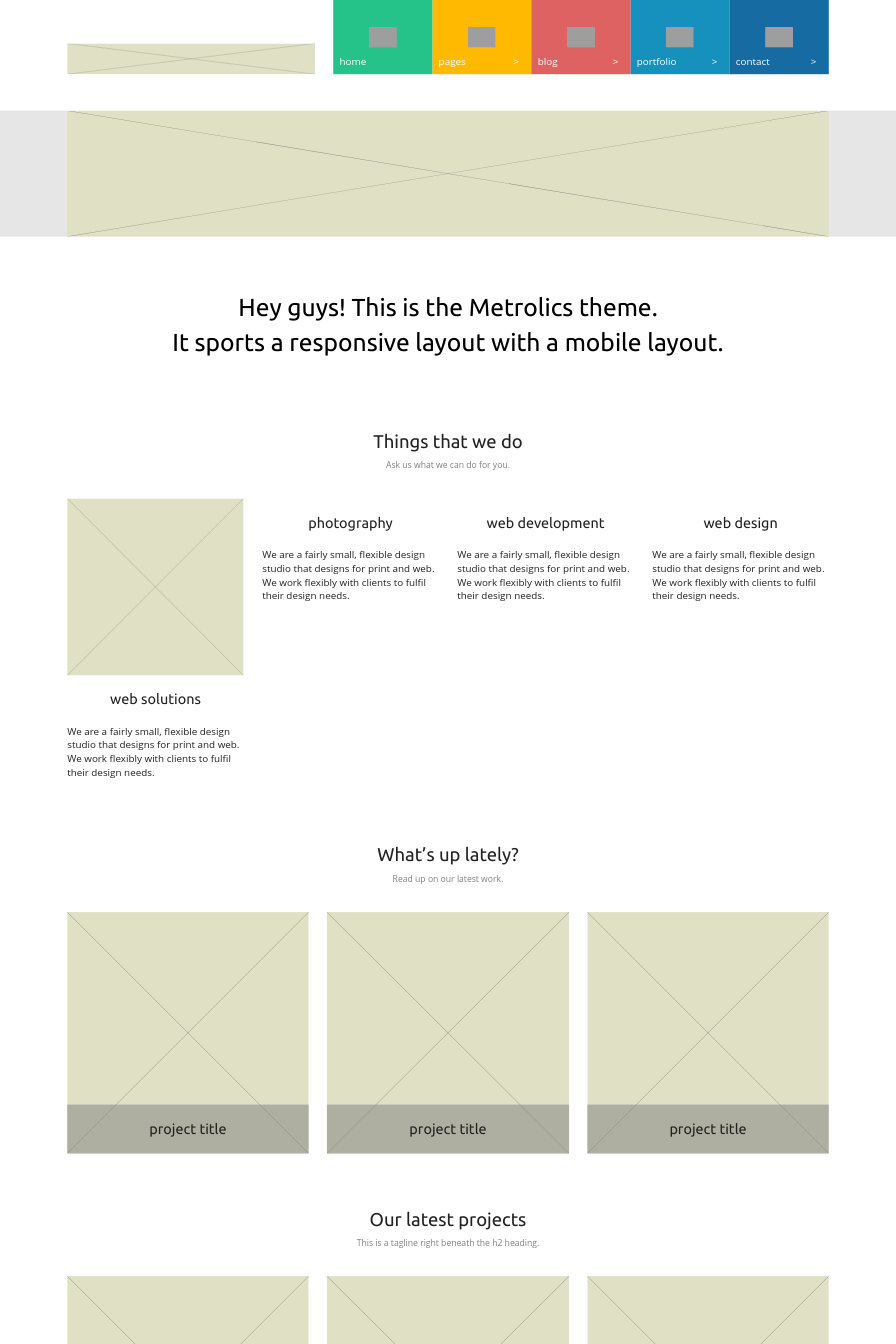
Repository: eilidhma/metrolics
Page: index.html
An editor plug-in stored every save of this project. The page is shown before and after a run of saves, followed by the edit.
The browser window is 1280 px wide. The pictures show the part of the page from y = 0 to 1920 px (the page is 3636 px tall), at 70% of full size.
Pictures or frames that could not be fetched are drawn as grey boxes.

Above is the page before, as saved 2021-02-03 22:23:04.

### index.html
<!doctype html>
<html class="no-js" lang="en">

<head>
  <meta charset="utf-8">
  <title>Metrolics</title>
  <meta name="description" content="">
  <meta name="viewport" content="width=device-width, initial-scale=1">

  <meta property="og:title" content="">
  <meta property="og:type" content="">
  <meta property="og:url" content="">
  <meta property="og:image" content="">

  <link rel="manifest" href="site.webmanifest">
  <link rel="apple-touch-icon" href="icon.png">
  <link rel="preconnect" href="https://fonts.gstatic.com">
  <link href="https://fonts.googleapis.com/css2?family=Ubuntu&display=swap" rel="stylesheet">
  <link rel="stylesheet" href="css/normalize.css">
  <link rel="stylesheet" href="css/main.css">

  <meta name="theme-color" content="#fafafa">
</head>

<body class="page page-home">
  <header class="page__header">
    <div class="row m-1-2">
      <nav class="mobile-nav m-hide l-hide">
        Metrolics
      </nav>
      <div class="column">
        <img class="logo" src="img/placeholder.svg" alt="slider placeholder">
      </div>
      <nav class="column main-nav">
        <a href="#" class="main-nav__item active">home</a>
        <a href="#" class="main-nav__item">pages</a>
        <a href="#" class="main-nav__item">blog</a>
        <a href="#" class="main-nav__item">portfolio</a>
        <a href="#" class="main-nav__item">contact</a>
      </nav>
    </div>
  </header>


  <div class="page__slider s-hide">
    <div class="row">
      <div class="column">
        <img src="img/placeholder.svg" alt="slider placeholder">
      </div>
    </div>
  </div>

  <div class="page__intro">
    <div class="row">
      <h1 class="heading">
        Hey guys! This is the Metrolics theme. <br> It sports a responsive layout with a mobile layout.
      </h1>
    </div>
  </div>

  <section class="about">
    <div class="row m-col-2 l-col-4">
      <div class="column row-span">
        <h2 class="heading">
          Things that we do
        </h2>
        <p class="tagline">
          Ask us what we can do for you.
        </p>
      </div>
      <div class="column">
        <img src="../img/placeholder.svg" alt="placeholder">
        <h3 class="heading">web solutions</h3>
        <p>
          We are a fairly small, flexible design studio that designs for print and web. We work flexibly with clients to fulfil their design needs.
        </p>
      </div>
      <div class="column">
        <h3 class="heading">photography</h3>
        <p>
          We are a fairly small, flexible design studio that designs for print and web. We work flexibly with clients to fulfil their design needs.
        </p>
      </div>
      <div class="column">
        <h3 class="heading">web development</h3>
        <p>
          We are a fairly small, flexible design studio that designs for print and web. We work flexibly with clients to fulfil their design needs.
        </p>
      </div>
      <div class="column">
        <h3 class="heading">web design</h3>
        <p>
          We are a fairly small, flexible design studio that designs for print and web. We work flexibly with clients to fulfil their design needs.
        </p>
      </div>
    </div>
  </section>

  <section class="projects--new">
    <div class="row m-col-2 l-col-3">
      <div class="column row-span">
        <h2 class="heading">
          What’s up lately?
        </h2>
        <p class="tagline">
            Read up on our latest work.
        </p>
      </div>
      <div class="column special-project">
        <figure class="project">
          <img src="img/placeholder.svg" alt="placeholder">
          <figcaption class="project__caption">
            <h3 class="heading">project title</h3>
          </figcaption>
        </figure>
      </div>
      <!-- proj col ends here -->
      <div class="column">
        <figure class="project">
          <img src="img/placeholder.svg" alt="placeholder">
          <figcaption class="project__caption">
            <h3 class="heading">project title</h3>
          </figcaption>
        </figure>
      </div>
      <!-- proj col ends here -->
      <div class="column">
        <figure class="project">
          <img src="img/placeholder.svg" alt="placeholder">
          <figcaption class="project__caption">
            <h3 class="heading">project title</h3>
          </figcaption>
        </figure>
      </div>
      <!-- proj col ends here -->
    </div>
  </section>
  <!-- projects-new ends here -->

  <section class="projects">
    <div class="row m-col-2 l-col-3">
      <div class="column row-span">
        <h2 class="heading">
          Our latest projects
        </h2>
        <p class="tagline">
          This is a tagline right beneath the h2 heading.
        </p>
      </div>
      <div class="column">
        <figure class="project">
          <img src="img/placeholder.svg" alt="placeholder">
          <figcaption class="project__caption">
            <h3 class="heading">project title</h3>
          </figcaption>
        </figure>
      </div>
      <!-- proj col ends here -->
      <div class="column">
        <figure class="project">
          <img src="img/placeholder.svg" alt="placeholder">
          <figcaption class="project__caption">
            <h3 class="heading">project title</h3>
          </figcaption>
        </figure>
      </div>
      <!-- proj col ends here -->
      <div class="column">
        <figure class="project">
          <img src="img/placeholder.svg" alt="placeholder">
          <figcaption class="project__caption">
            <h3 class="heading">project title</h3>
          </figcaption>
        </figure>
      </div>
      <!-- proj col ends here -->
      <div class="column">
        <figure class="project">
          <img src="img/placeholder.svg" alt="placeholder">
          <figcaption class="project__caption">
            <h3 class="heading">project title</h3>
          </figcaption>
        </figure>
      </div>
      <!-- proj col ends here -->
      <div class="column">
        <figure class="project">
          <img src="img/placeholder.svg" alt="placeholder">
          <figcaption class="project__caption">
            <h3 class="heading">project title</h3>
          </figcaption>
        </figure>
      </div>
      <!-- proj col ends here -->
      <div class="column">
        <figure class="project">
          <img src="img/placeholder.svg" alt="placeholder">
          <figcaption class="project__caption">
            <h3 class="heading">project title</h3>
          </figcaption>
        </figure>
      </div>
      <!-- proj col ends here -->
    </div>
  </section>
  <!-- projects-new ends here -->

  <section class="thingsofabove">
    <div class="row l-col-2">
      <div class="column row-span">
        <h2 class="heading">
          Thingsofabove
        </h2>
        <p class="tagline">
          Misc stuff we could not put anywhere else
        </p>
      </div>
      <div class="column">
        <p>Accordion menu here</p>
      </div>
      <div class="column">
        <p>Accordion menu here</p>
      </div>
    </div>
  </section>

  <div class="sponsors">
  <div class="row m-col-5">
    <div class="column">
        <img src="img/placeholder.svg" alt="placeholder">
    </div>
    <div class="column">
        <img src="img/placeholder.svg" alt="placeholder">
    </div>
    <div class="column">
        <img src="img/placeholder.svg" alt="placeholder">
    </div>
    <div class="column">
        <img src="img/placeholder.svg" alt="placeholder">
    </div>
    <div class="column">
        <img src="img/placeholder.svg" alt="placeholder">
    </div>
  </div>
  </div>

  <footer class="page__footer">
  <div class="row m-col-2 l-col-4 row-no-margin">
    <div class="page__footer__intro column row-span">
        <h3 class="heading inverted">
            Pewee Herman
        </h3>
        <p class="inverted">
            Peewee has over 10 years experience in the industry. He is our Creative Director, digital designer, web designer and front-end developer. He is also pretty good with a sketchbook. Before starting the company Peewee worked as a designer and studio manager
            for a design house who boasted a number of big name clients.
        </p>>

    </div>
    <div class="column about-us s-hide">
        <h4 class="inverted">About Us</h4>
        <p class="inverted">
            Minions ipsum potatoooo potatoooo uuuhhh. Chasy poulet tikka masala jiji wiiiii hahaha po kass tulaliloo potatoooo. Bee do bee do bee do chasy ti aamoo! Po kass daa bee do bee do bee do po kass wiiiii butt chasy. Pepete uuuhhh hahaha gelatooo belloo!
            Bananaaaa aaaaaah butt potatoooo hana dul sae butt. Hahaha wiiiii ti aamoo! Ti aamoo! Baboiii jeje. Hahaha gelatooo daa me want bananaaa! Underweaaar potatoooo tank yuuu! Aaaaaah potatoooo poopayee.
        </p>
    </div>
    <div class="column flickr s-hide">
        <h4 class="inverted">Flickr Photos</h4>
        <div class="sub-grid m-col-3">
            <div class="column">
                <img src="img/placeholder.svg" alt="placeholder">
            </div>
            <div class="column">
                <img src="img/placeholder.svg" alt="placeholder">
            </div>
            <div class="column">
                <img src="img/placeholder.svg" alt="placeholder">
            </div>
            <div class="column">
                <img src="img/placeholder.svg" alt="placeholder">
            </div>
            <div class="column">
                <img src="img/placeholder.svg" alt="placeholder">
            </div>
            <div class="column">
                <img src="img/placeholder.svg" alt="placeholder">
            </div>
        </div>
    </div>
    <div class="column soc-msgs">
        <h4 class="inverted">Recent Tweets</h4>
        <ul class="twts">
            <li class="twts__item inverted">
                <span class="twts__item__tag">
                    <a href="#">#minions</a> - ipsum potatoooo potatoooo uuuhhh. Chasy poulet tikka masala jiji wiiiii hahaha po kass tulaliloo
                </span>
            </li>
            <li class="twts__item inverted">
                <span class="twts__item__tag">
                    <a href="#">#minions</a> psum banana potatoooo uuuhhh. Chasy poulet tikka masala jiji wiiiii hahaha  tulaliloo potatoooo.
                </span>
            </li>
        </ul>
    </div>
    <div class="column newsletter s-hide">
        <h4 class="inverted">Newsletter</h4>
        <p class="inverted">
            Minions ipsum potatoooo potatoooo uuuhhh. Chasy poulet tikka masala jiji wiiiii hahaha po kass tulaliloo potatoooo. Bee do bee do bee do chasy ti aamoo! Po kass daa bee do bee do bee do po kass wiiiii butt chasy. Pepete uuuhhh hahaha gelatooo belloo!
            Bananaaaa aaaaaah butt potatoooo hana dul sae butt.</p>
            <input class="email" type="email" placeholder="Enter your Email...">
    </div>
  </div>
  </footer>




  <script src="js/vendor/modernizr-3.11.2.min.js"></script>
  <script src="js/plugins.js"></script>
  <script src="js/main.js"></script>

  <!-- Google Analytics: change UA-XXXXX-Y to be your site's ID. -->
  <script>
    window.ga = function () { ga.q.push(arguments) }; ga.q = []; ga.l = +new Date;
    ga('create', 'UA-XXXXX-Y', 'auto'); ga('set', 'anonymizeIp', true); ga('set', 'transport', 'beacon'); ga('send', 'pageview')
  </script>
  <script src="https://www.google-analytics.com/analytics.js" async></script>

</body>


</html>

### css/main.css
/* ==========================================================================
    [Table of contents]

    1. BASE
        1.1 Page Rendering Defaults
        1.2 User Experience Adjustments
        1.3 Core Styling
    2. LAYOUT
        2.1 Core Layout
        2.2 main nav mobile first
        2.3 Small only
        2.4 medium and up
            2.4.1 medium and up main navigation
        2.5 Medium only
        2.6 large screens and up
        2.7 Large only
        2.4 Core Article
    3. MODULES
        3.1 page-slider
        3.2 project portfolio item
    4. STATES
    5. THEME
        5.1 main nav colours & icons
    6. UTILITIES
    6. PRINT

    ========================================================================== */


/* ==========================================================================
   BASE
   ========================================================================== */


/*        1.1 Page Rendering Defaults
*/

html {
  color: #222;
  font-family: 'Open Sans', Verdana, Geneva, Tahoma, sans-serif;
  font-size: 1.1em;
  line-height: 1.4;
}


/*
* Remove text-shadow in selection highlight:
* https://twitter.com/miketaylr/status/12228805301
*
* Vendor-prefixed and regular ::selection selectors cannot be combined:
* https://stackoverflow.com/a/16982510/7133471
*
* Customize the background color to match your design.
*/

::-moz-selection {
  background: #b3d4fc;
  text-shadow: none;
}

::selection {
  background: #b3d4fc;
  text-shadow: none;
}


/*
* A better looking default horizontal rule
*/

hr {
  display: block;
  height: 1px;
  border: 0;
  border-top: 1px solid #ccc;
  margin: 1em 0;
  padding: 0;
}


/*
* Remove the gap between audio, canvas, iframes,
* images, videos and the bottom of their containers:
* https://github.com/h5bp/html5-boilerplate/issues/440
*/

audio,
canvas,
iframe,
img,
svg,
video {
  vertical-align: middle;
}


/*
* Remove default fieldset styles.
*/

fieldset {
  border: 0;
  margin: 0;
  padding: 0;
}


/*
* Allow only vertical resizing of textareas.
*/

textarea {
  resize: vertical;
}


/* 1.3 Core Styling */

img {
  width: 100%;
}

h1 {
  color: #000;
}

p {
  font-size: 0.8rem;
}


/* ==========================================================================
 LAYOUT
 ========================================================================== */


/*  2.1 Core Layout */

/* div,
section,
footer,
header { */
  /* border: 1px solid #ccc; helper style to view elements while coding */


.row {
  display: grid;
  row-gap: 1rem;
  margin: 0 1rem 3rem 1rem;
}

.row-no-margin {
  margin-bottom: 0 !important;
}

.column {
  position: relative;
  /* background-color: rgb(243, 222, 194); */
  /* margin: 1rem; */
}

.heading {
  font-family: Ubuntu, Verdana, Verdana, Geneva, Tahoma, sans-serif;
  font-weight: 400;
  text-align: center;
}

.tagline {
  margin-top: -0.8rem;
  font-size: 0.7rem;
  text-align: center;
  color: rgb(128, 128, 128);
}

.logo {
  max-height: 2.5rem;
  position: absolute;
  bottom: 0;
}

/* main nav mobile first */
.main-nav {
  display: none;
  flex-direction: column;
  align-items: center;
}

.main-nav__item {
  display: block;
  position: relative;
  width: 100%;
  padding: 1rem 1rem 1rem 100%;
  font-size: 1.3rem;
  text-decoration: none;
  text-align: left;
  color: white;
  line-height: 4rem;
  background-repeat: no-repeat;
  background-position-x: 44%;
  background-position-y: center;
  background-size: 3.1rem, 1.7rem;
}

.main-nav__item::after {
  content: ">";
  display: inline-block;
  position: absolute;
  right: 1rem;
}

.main-nav__item.active::after {
  content: "";
}
/* Small only */

@media screen and (max-width: 39.9375em) {
  .logo {
    max-height: 3rem;
    position: static;
  }

  .s-hide {
    display: none;
  }

  .s-show {
    display: flex;
  }

  .mobile-nav {
    position: absolute;
    right: 1rem;
    top: 0rem;
    z-index: 1;
    font-size: 0rem;
    padding: 1.5rem;
    background-image: url(../img/bars.svg);
    background-repeat: no-repeat;
    background-size: 1.8rem;
    background-position: center center;
    background-color: #2a6eeb;
  }

  .main-nav__item::after {
    display: inline-block;
    position: static;
    padding-left: 1rem;
  }
}


/* Medium and up */

@media screen and (min-width: 40em) {


  .row {
    width: 85vw;
    max-width: 70rem;
    column-gap: 1.5rem;
    row-gap: 1.5rem;
    margin: 0 auto 3rem auto;
  }

  .sub-grid {
    display: grid;
    column-gap: 0.5rem;
    row-gap: 0.5rem;
  }

  .m-col-2 {
    grid-template-columns: 1fr 1fr;
  }

  .m-col-3 {
    grid-template-columns: repeat(3, 1fr);
  }

  .m-col-4 {
    grid-template-columns: repeat(4, 1fr);
  }

  .m-col-5 {
    grid-template-columns: repeat(5, 1fr);
  }

  .m-1-2 {
    grid-template-columns: 1fr 2fr;
  }

  .row-span {
    grid-column-start: 1;
    grid-column-end: -1;
  }

  /* medium and up main navigation */
  .main-nav {
    display: flex;
    flex-direction: row;
  }

  .main-nav__item {
    padding: 4rem 1rem 0rem 0.5rem;
    line-height: 2rem;
    font-size: 0.8rem;
    text-align: left;
    background-color: rgb(184, 184, 184);
    background-position-x: center;
    background-position-y: center;
    background-size: 2.3rem, 1.4rem;
  }
}


/* Medium only */

@media screen and (min-width: 40em) and (max-width: 63.9375em) {
  .m-hide {
    display: none;
  }

  .special-project {
    grid-column-start: 1;
    grid-column-end: -1;
  }

  .special-project img {
    /* temp rule */
    max-height: 20rem;
  }
}


/* Large and up */

@media screen and (min-width: 64em) {
  .l-col-2 {
    grid-template-columns: 1fr 1fr;
  }

  .l-col-3 {
    grid-template-columns: repeat(3, 1fr);
  }

  .l-col-4 {
    grid-template-columns: repeat(4, 1fr);
  }

  .l-col-5 {
    grid-template-columns: repeat(5, 1fr);
  }

  .l-col-6 {
    grid-template-columns: repeat(6, 1fr);
  }

  .l-hide {
    display: none;
  }
}


/* Large only */

@media screen and (min-width: 64em) and (max-width: 74.9375em) {
}


/* ==========================================================================
MODULES
========================================================================== */


/* page-slider */

.page__slider {
  background-color: rgb(230, 230, 230);
}

.page__slider img {
  height: 25vh;
}


/* project portfolio item */
.project {
  position: relative;
  margin: 0;
}

.project__caption {
  position: absolute;
  left: 0;
  right: 0;
  bottom: 0;
  background-color: rgba(128, 128, 128, 0.5);
}


/* ==========================================================================
 STATES
 ========================================================================== */



/* ==========================================================================
 THEME
 ========================================================================== */

.page__footer {
  background-color: #222;
}

.page__footer .row {
  background-image: url(../img/bg_colorbar.png);
  background-repeat: no-repeat;
  background-position: bottom right;
  padding-bottom: 2rem;
}

.inverted {
  color: white;
}

.email {
  background-color: #de6262;
  width: 100%;
  height: 10%;
  color: #fff;
}


/* main nav colours & icons */

.main-nav__item:nth-child(1) {
  background-color: #25c389;
  background-image: url(../img/circle.svg), url(../img/house-user.svg);
}
.main-nav__item:nth-child(2) {
  background-color: #ffb901;
  background-image: url(../img/circle.svg), url(../img/network-wired.svg);
}
.main-nav__item:nth-child(3) {
  background-color: #de6262;
  background-image: url(../img/circle.svg), url(../img/bullhorn.svg);
}
.main-nav__item:nth-child(4) {
  background-color: #1691bd;
  background-image: url(../img/circle.svg), url(../img/briefcase.svg);
}
.main-nav__item:nth-child(5) {
  background-color: #166ba2;
  background-image: url(../img/circle.svg), url(../img/envelope.svg);
}

/* ==========================================================================
     UTILITIES
 ========================================================================== */


/*
* Hide visually and from screen readers
*/

.hidden,
[hidden] {
  display: none !important;
}


/*
* Hide only visually, but have it available for screen readers:
* https://snook.ca/archives/html_and_css/hiding-content-for-accessibility
*
* 1. For long content, line feeds are not interpreted as spaces and small width
*    causes content to wrap 1 word per line:
*    https://medium.com/@jessebeach/beware-smushed-off-screen-accessible-text-5952a4c2cbfe
*/

.sr-only {
  border: 0;
  clip: rect(0, 0, 0, 0);
  height: 1px;
  margin: -1px;
  overflow: hidden;
  padding: 0;
  position: absolute;
  white-space: nowrap;
  width: 1px;
  /* 1 */
}


/*
* Extends the .sr-only class to allow the element
* to be focusable when navigated to via the keyboard:
* https://www.drupal.org/node/897638
*/

.sr-only.focusable:active,
.sr-only.focusable:focus {
  clip: auto;
  height: auto;
  margin: 0;
  overflow: visible;
  position: static;
  white-space: inherit;
  width: auto;
}


/*
* Hide visually and from screen readers, but maintain layout
*/

.invisible {
  visibility: hidden;
}


/*
* Clearfix: contain floats
*
* For modern browsers
* 1. The space content is one way to avoid an Opera bug when the
*    `contenteditable` attribute is included anywhere else in the document.
*    Otherwise it causes space to appear at the top and bottom of elements
*    that receive the `clearfix` class.
* 2. The use of `table` rather than `block` is only necessary if using
*    `:before` to contain the top-margins of child elements.
*/

.clearfix::before,
.clearfix::after {
  content: " ";
  display: table;
}

.clearfix::after {
  clear: both;
}

@media print,
(-webkit-min-device-pixel-ratio: 1.25),
(min-resolution: 1.25dppx),
(min-resolution: 120dpi) {
  /* Style adjustments for high resolution devices */
}


/* ==========================================================================
 PRINT
 Inlined to avoid the additional HTTP request:
 https://www.phpied.com/delay-loading-your-print-css/
 ========================================================================== */

@media print {
  *,
  *::before,
  *::after {
      background: #fff !important;
      color: #000 !important;
      /* Black prints faster */
      box-shadow: none !important;
      text-shadow: none !important;
  }
  a,
  a:visited {
      text-decoration: underline;
  }
  a[href]::after {
      content: " (" attr(href) ")";
  }
  abbr[title]::after {
      content: " (" attr(title) ")";
  }
  /*
 * Don't show links that are fragment identifiers,
 * or use the `javascript:` pseudo protocol
 */
  a[href^="#"]::after,
  a[href^="javascript:"]::after {
      content: "";
  }
  pre {
      white-space: pre-wrap !important;
  }
  pre,
  blockquote {
      border: 1px solid #999;
      page-break-inside: avoid;
  }
  /*
 * Printing Tables:
 * https://web.archive.org/web/20180815150934/http://css-discuss.incutio.com/wiki/Printing_Tables
 */
  thead {
      display: table-header-group;
  }
  tr,
  img {
      page-break-inside: avoid;
  }
  p,
  h2,
  h3 {
      orphans: 3;
      widows: 3;
  }
  h2,
  h3 {
      page-break-after: avoid;
  }
}

### js/main.js
document.querySelector(".mobile-nav").addEventListener("click",
  function(e) {
    const element = document.querySelector(".main-nav");
    element.classList.toggle("s-show");
    e.preventDefault();
  }, false);

Loaded but not shown: css/normalize.css (library); js/vendor/modernizr-3.11.2.min.js (library); img/house-user.svg (1 lines, source omitted); img/network-wired.svg (1 lines, source omitted); img/envelope.svg (1 lines, source omitted); img/briefcase.svg (1 lines, source omitted); js/plugins.js (24 lines, source omitted)

After the next 2 saves:
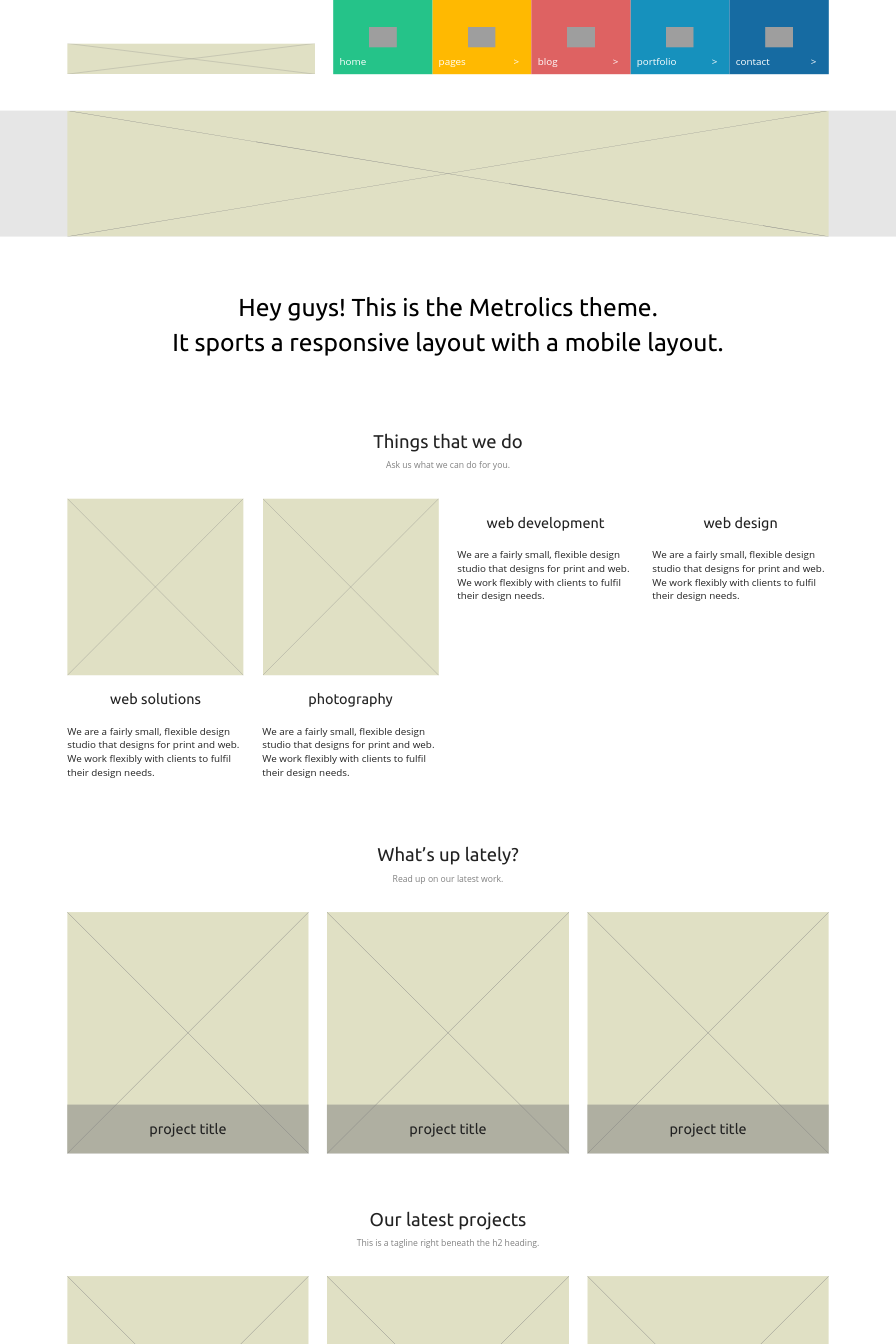
The 2 saves are shown as one change because they came seconds apart.
The last was saved 15 s later.
--- a/index.html
+++ b/index.html
@@ -76,6 +76,7 @@
         </p>
       </div>
       <div class="column">
+        <img src="../img/placeholder.svg" alt="placeholder">
         <h3 class="heading">photography</h3>
         <p>
           We are a fairly small, flexible design studio that designs for print and web. We work flexibly with clients to fulfil their design needs.
